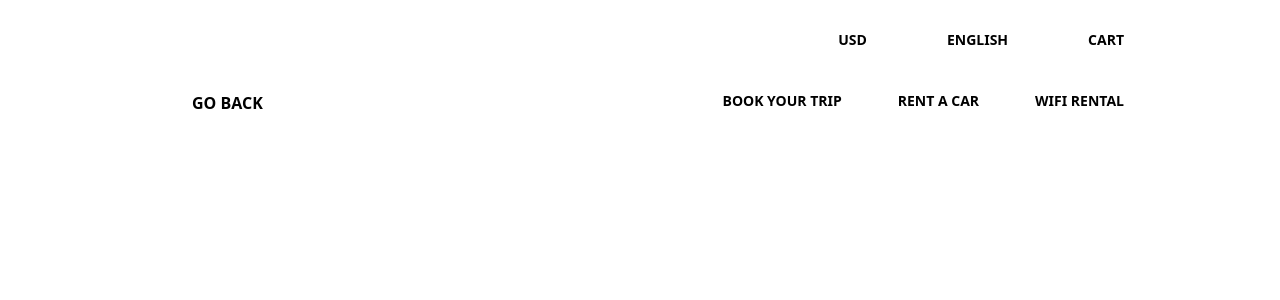
Repository: uh-sman/Iceland
Page: /
These files come from the project's save history. The page is drawn as it stood at one moment and after the next save; the edit follows.
The browser window is 1280 px wide. The pictures show the whole page.
The project was rebuilt for these pictures with package versions that can differ from the ones it lists, and the page was loaded fresh each time.

Above is the page before, as saved 2022-09-08 21:01:11.

### src/App.js
import logo from "./logo.svg";
import "./App.css";
import { Topnav } from "./components/Topnav";
import { FullNav } from "./components/FullNav";

function App() {
  return (
    <div className="App">
      <FullNav />
    </div>
  );
}

export default App;

### src/components/Topnav.js
import React from "react";

export const Topnav = () => {
  return (
    <div className="container w-full py-[30px]">
      <nav className="absolute right-[156px]">
        <ul className="space-x-20 text-sm font-semibold">
          <a href="">USD</a>
          <a href="">ENGLISH</a>
          <a href="">CART</a>
        </ul>
      </nav>
    </div>
  );
};

### src/components/FullNav.jsx
import React from "react";
import { Bottomnav } from "./Bottomnav";
import { Topnav } from "./Topnav";

export const FullNav = () => {
  return (
    <div>
      <Topnav />
      <Bottomnav />
    </div>
  );
};

### src/components/Bottomnav.js
import React from "react";

export const Bottomnav = () => {
  return (
    <nav className="container w-full">
      <div className="py-[31px]">
        <div className="container">
          <h1>
            <a className="absolute left-[192px] cursor-pointer font-semibold text-md">
              GO BACK
            </a>
          </h1>
        </div>
        <div className="container">
          <div className="absolute right-[156px]">
            <ul className="space-x-[56px] text-sm font-semibold cursor-pointer">
              <a>BOOK YOUR TRIP</a>
              <a>RENT A CAR</a>
              <a>WIFI RENTAL</a>
            </ul>
          </div>
        </div>
      </div>
    </nav>
  );
};

### tailwind.config.js
/** @type {import('tailwindcss').Config} */
module.exports = {
  content: ["./src/**/*.{html,js,jsx}"],
  theme: {
    screens: {
      sm: "480px",
      md: "768px",
      lg: "976px",
      xl: "1440px",
    },
    extend: {},
  },
  plugins: [],
};

Loaded but not shown: public/index.html (common file); src/index.js (common file); src/index.css (common file); src/App.css (common file)

After the next save:
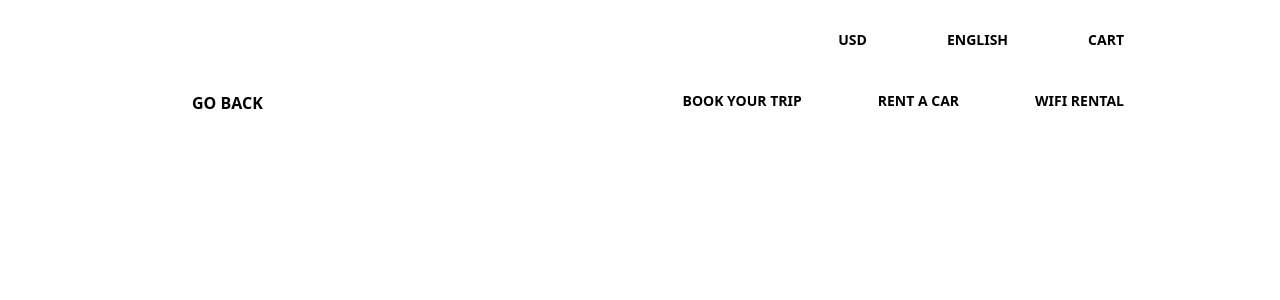
Saved 15 s later.
--- a/src/components/Bottomnav.js
+++ b/src/components/Bottomnav.js
@@ -13,7 +13,7 @@ export const Bottomnav = () => {
         </div>
         <div className="container">
           <div className="absolute right-[156px]">
-            <ul className="space-x-[56px] text-sm font-semibold cursor-pointer">
+            <ul className="space-x-[76px] text-sm font-semibold cursor-pointer">
               <a>BOOK YOUR TRIP</a>
               <a>RENT A CAR</a>
               <a>WIFI RENTAL</a>
